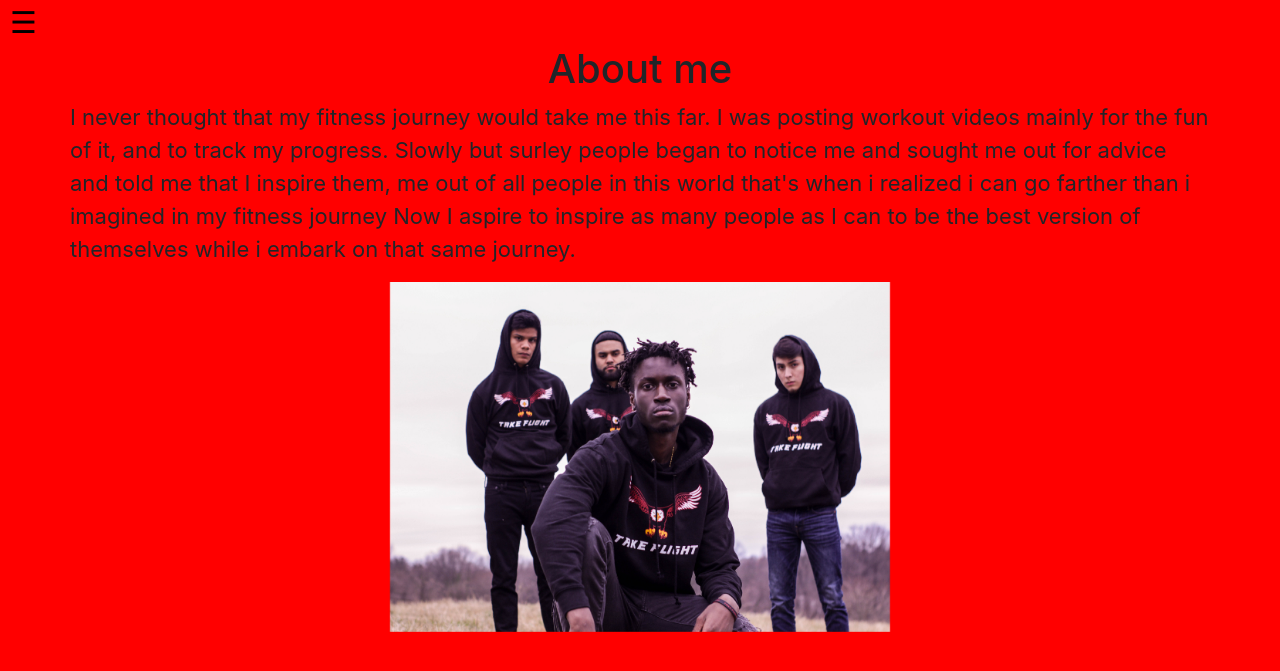
Repository: mamadont/MamadouFitnessWebsite
Page: pages-html/about-me.html
An editor plug-in stored every save of this project. The page is shown before and after the next save, followed by the edit.
The browser window is 1280 px wide. The pictures show the whole page.
Some web libraries are served in a nearby version.

Above is the page before, as saved 2020-07-12 02:06:50.

After the next save:
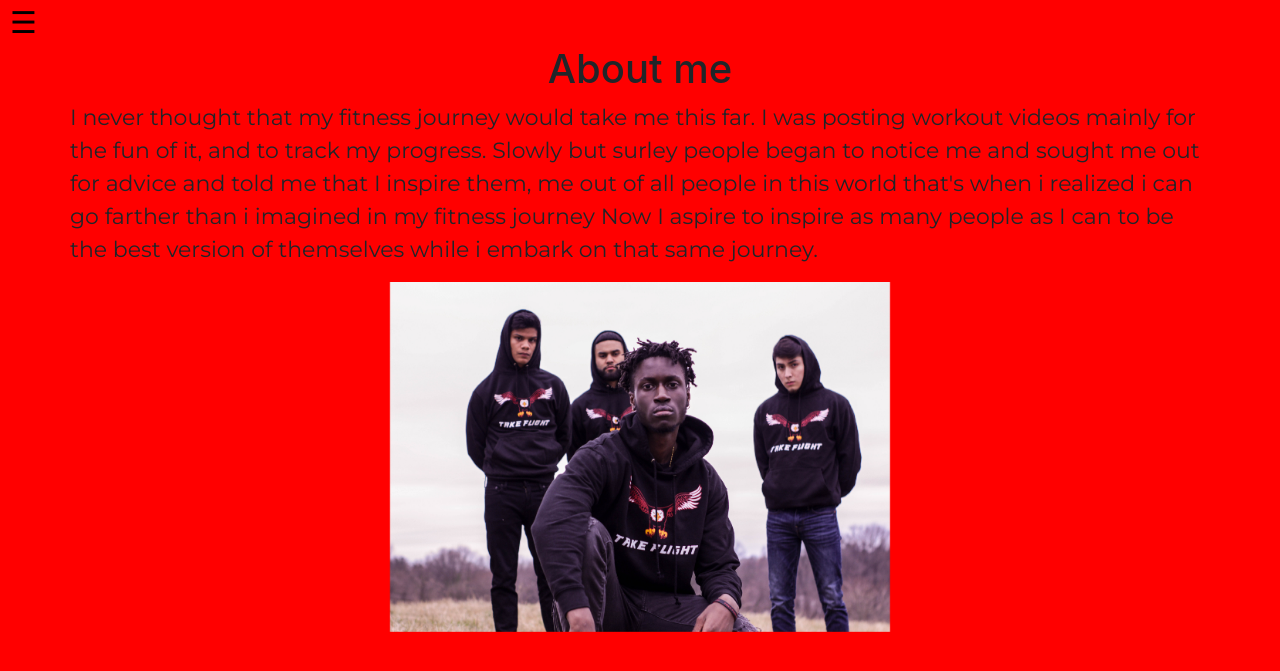
Saved 26 s later.
--- a/pages-css/about-me.css
+++ b/pages-css/about-me.css
@@ -7,7 +7,7 @@
     background-color: red;
 }
 
-body {
+p {
     font-family: 'Montserrat';
     font-size: 22px;
 }

After the save that followed:
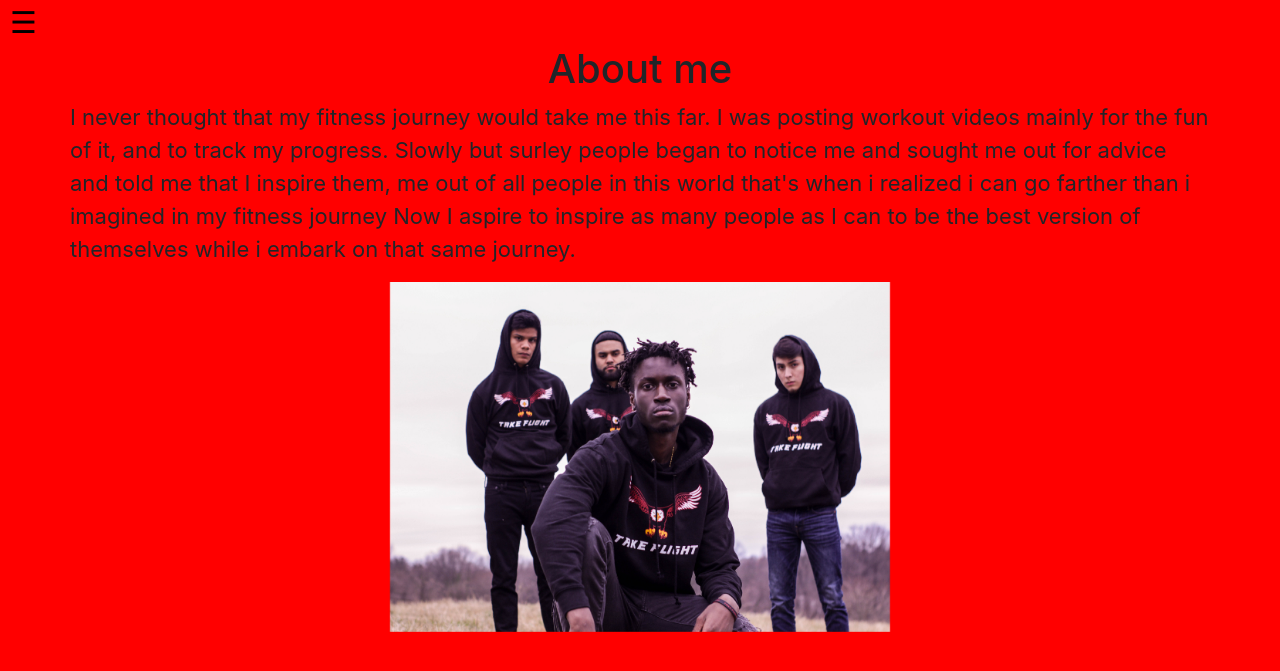
Saved 13 s later.
--- a/pages-css/about-me.css
+++ b/pages-css/about-me.css
@@ -5,11 +5,6 @@
     height: 100%;
     overflow-x: hidden;
     background-color: red;
-}
-
-p {
-    font-family: 'Montserrat';
-    font-size: 22px;
 }
 
 .bg {
